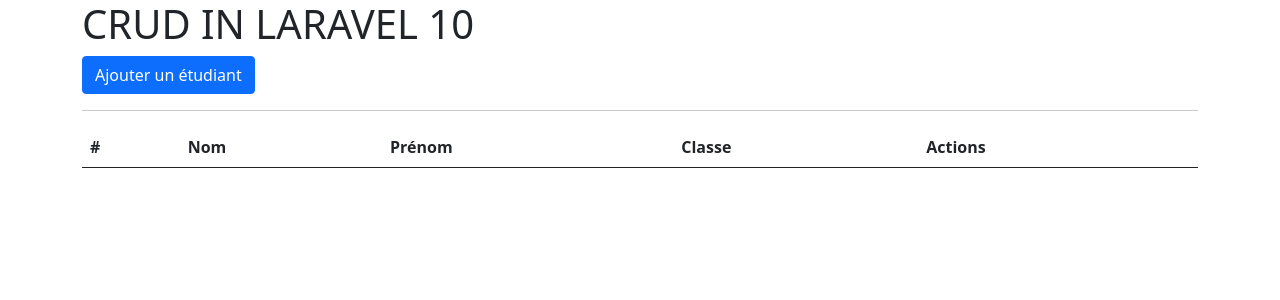
Repository: JunshDev/projetlaravel
Page: http://localhost/etudiant
An editor plug-in stored every save of this project. The page is shown before and after the next save, followed by the edit.
The browser window is 1280 px wide. The pictures show the whole page.
The page is served by the project's Laravel application, run on PHP 8.4 with Laravel 9. Queries for data that is not in the repository find no rows.

Above is the page before, as saved 2023-11-28 19:49:10.

After the next save:
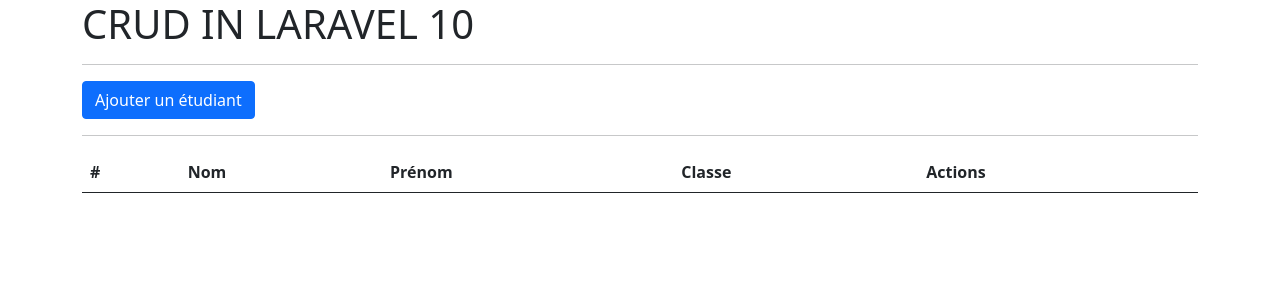
Saved 32 s later.
--- a/resources/views/etudiant/liste.blade.php
+++ b/resources/views/etudiant/liste.blade.php
@@ -16,13 +16,15 @@
   <div class="row">
     <div class="col s12">
     <h1>CRUD IN LARAVEL 10</h1>
-    <a href="/ajouter" class="btn btn-primary">Ajouter un étudiant</a>
     <hr>
-    @if (session('status'))
-    <div class="alert alert-success">
-        {{ session('status') }}
-    </div>
-@endif
+
+        <a href="/ajouter" class="btn btn-primary">Ajouter un étudiant</a>
+        <hr>
+        @if (session('status'))
+            <div class="alert alert-success">
+            {{ session('status') }}
+        </div>
+        @endif
     <table class="table">
         <thead>
         <tr>
